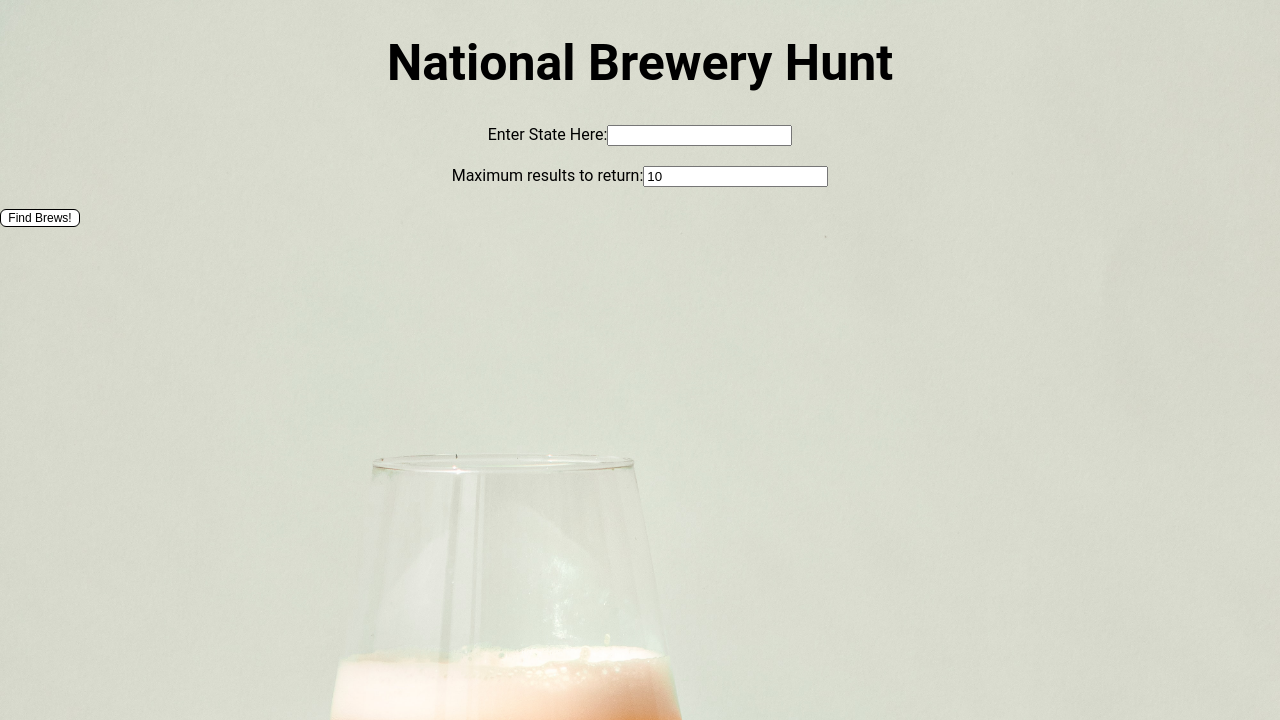
Repository: kaitlynMidori/searchBrews
Page: index.html
An editor plug-in stored every save of this project. The page is shown before and after the next save, followed by the edit.
The browser window is 1280 px wide. The pictures show the whole page.

Above is the page before, as saved 2021-01-08 14:21:25.

After the next save:
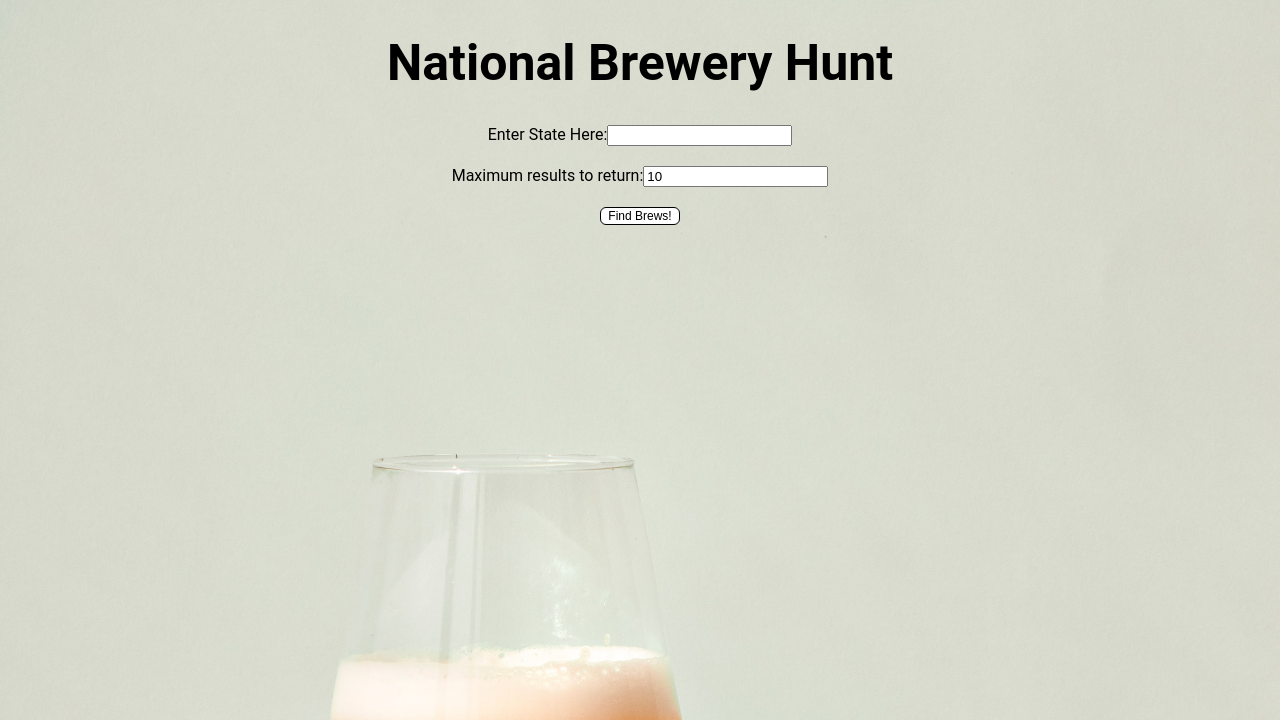
Saved 48 s later.
--- a/index.html
+++ b/index.html
@@ -23,8 +23,9 @@
                 <label for="max-results">Maximum results to return: </label>
                     <input type="number" name="max-results" id="max-results" value="10" />
             </p>
-
+                <p>
                 <input type="submit" value="Find Brews!" class="submit" />
+            </p>
         </form>
 
         <p id="error-message"></p>
